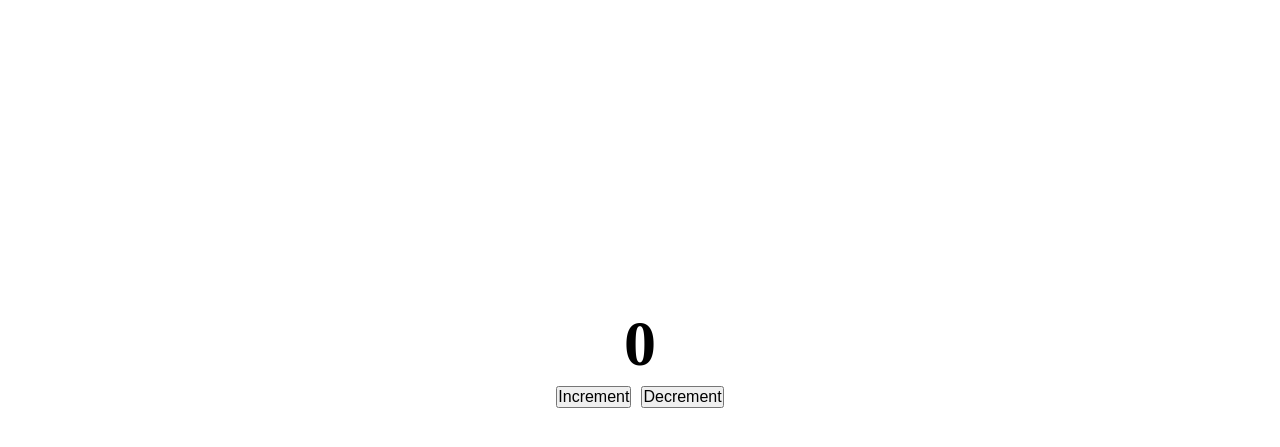
Repository: Ellisvelandia/react_introduction_test
Page: /
An editor plug-in stored every save of this project. The page is shown before and after the next save, followed by the edit.
The browser window is 1280 px wide. The pictures show the whole page.
The project was rebuilt for these pictures with package versions that can differ from the ones it lists, and the page was loaded fresh each time. Also part of the build but not shown: src/index.css.

Above is the page before, as saved 2022-08-15 19:46:54.

After the next save:
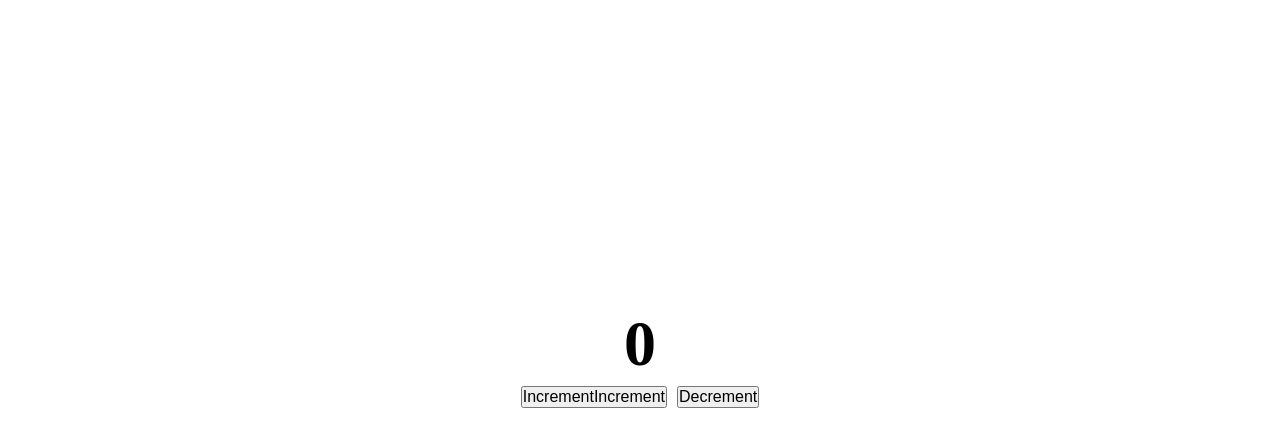
Saved 9 s later.
--- a/src/App.js
+++ b/src/App.js
@@ -20,7 +20,7 @@
     <>
       <div className="container">
         <h1>{num}</h1>
-        <button onClick={incrementNum}><span class="mas"></span>Increment</button>
+        <button onClick={incrementNum}><span class="mas">Increment</span>Increment</button>
         <button onClick={decrementNum}>Decrement</button>
       </div>
     </>

After the 2 saves that followed:
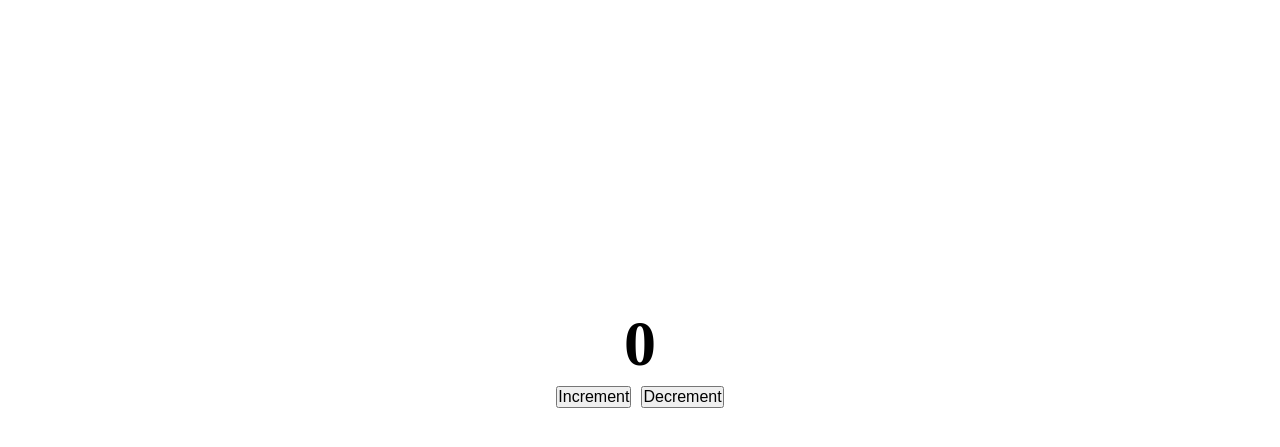
The 2 saves are shown as one change because they came seconds apart.
The last was saved 8 s later.
--- a/src/App.js
+++ b/src/App.js
@@ -20,7 +20,7 @@
     <>
       <div className="container">
         <h1>{num}</h1>
-        <button onClick={incrementNum}><span class="mas">Increment</span>Increment</button>
+        <button onClick={incrementNum}><span className="mas">Increment</span></button>
         <button onClick={decrementNum}>Decrement</button>
       </div>
     </>
